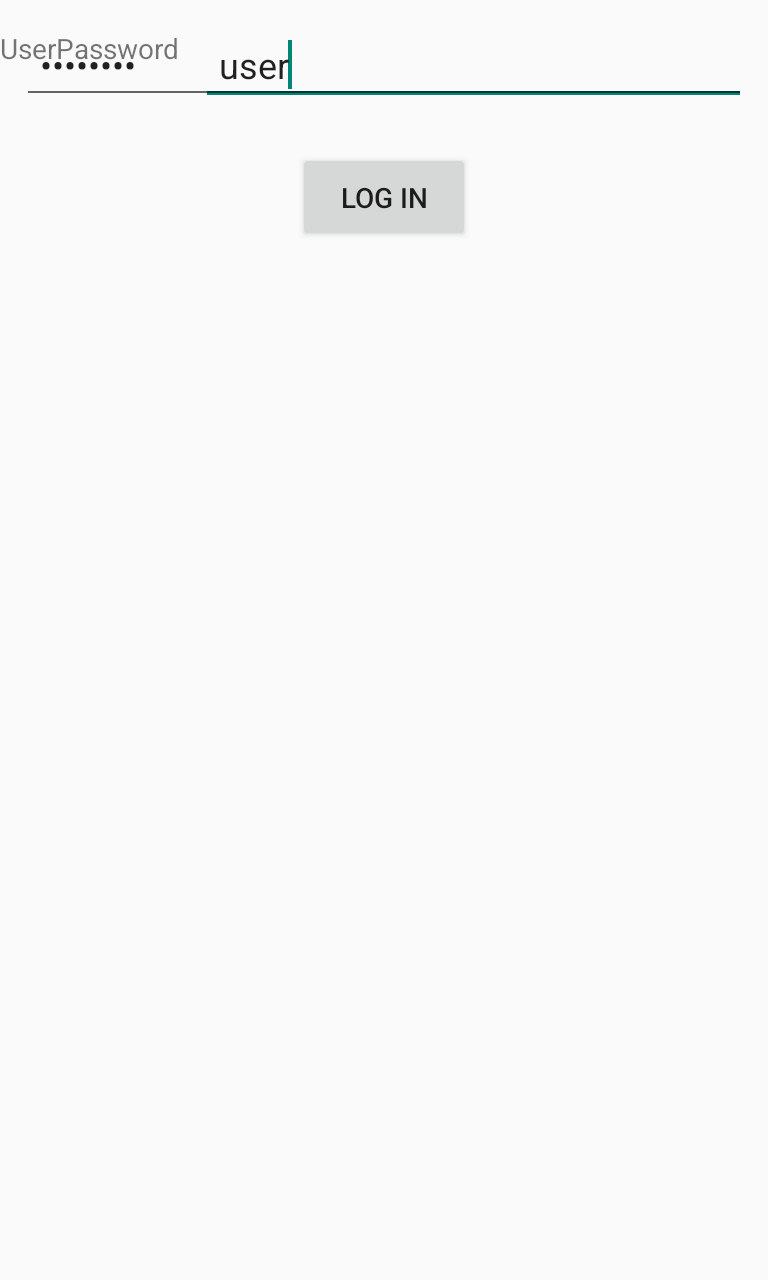
Repository: mgorski-mg/FunsCounter
Layout: FunsCounter/res/layout/login_fragment.xml
These files come from the project's save history. The layout is drawn as it stood at one moment and after the next save; the edit follows.
It is drawn on a 768 x 1280 px phone screen (xhdpi) without system bars, with theme AppTheme; the app's code is not run.

Above is the layout before, as saved 2014-02-10 17:33:53.

After the next save:
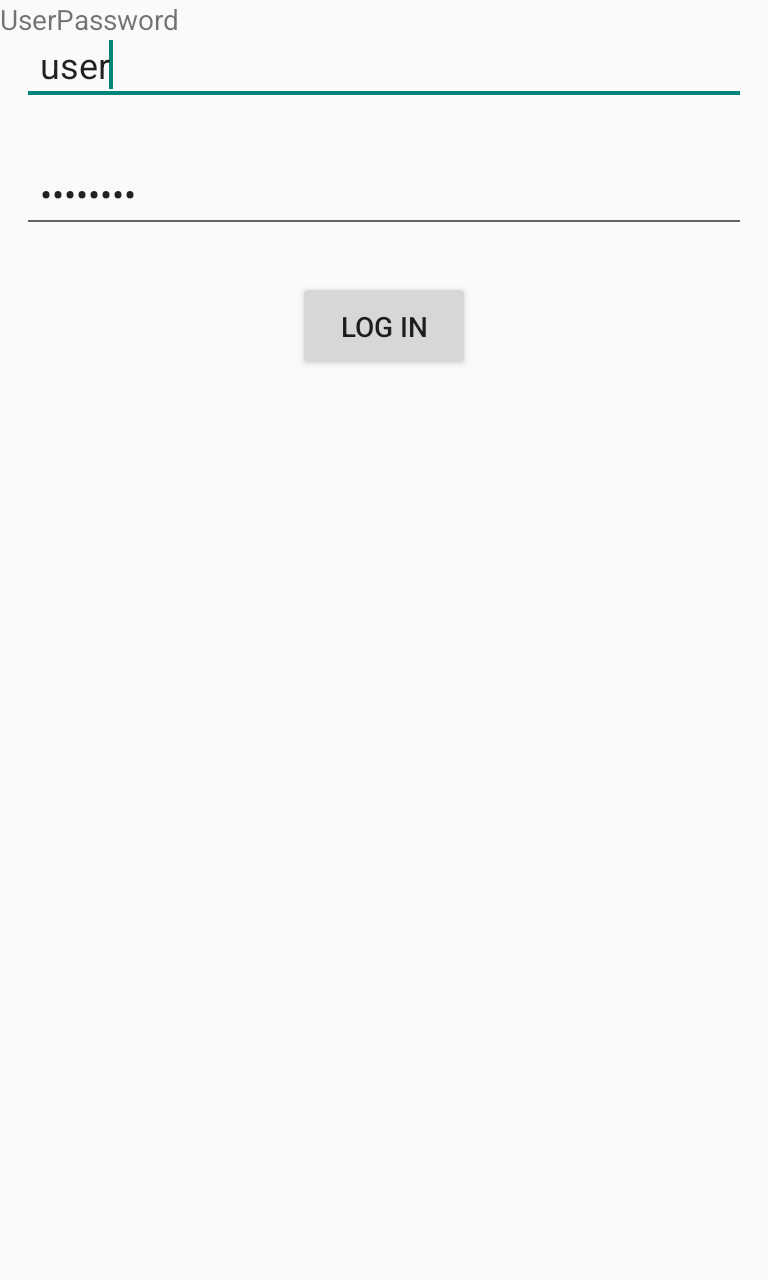
Saved 7 s later.
--- a/FunsCounter/res/layout/login_fragment.xml
+++ b/FunsCounter/res/layout/login_fragment.xml
@@ -17,7 +17,9 @@
             android:layout_height="wrap_content"
             android:text="@string/password" />
 
-        <EditText
+    </LinearLayout>
+
+    <EditText
             android:id="@+id/user"
             android:layout_width="match_parent"
             android:layout_height="wrap_content"
@@ -30,7 +32,6 @@
 
             <requestFocus />
         </EditText>
-    </LinearLayout>
 
     <EditText
         android:id="@+id/password"
